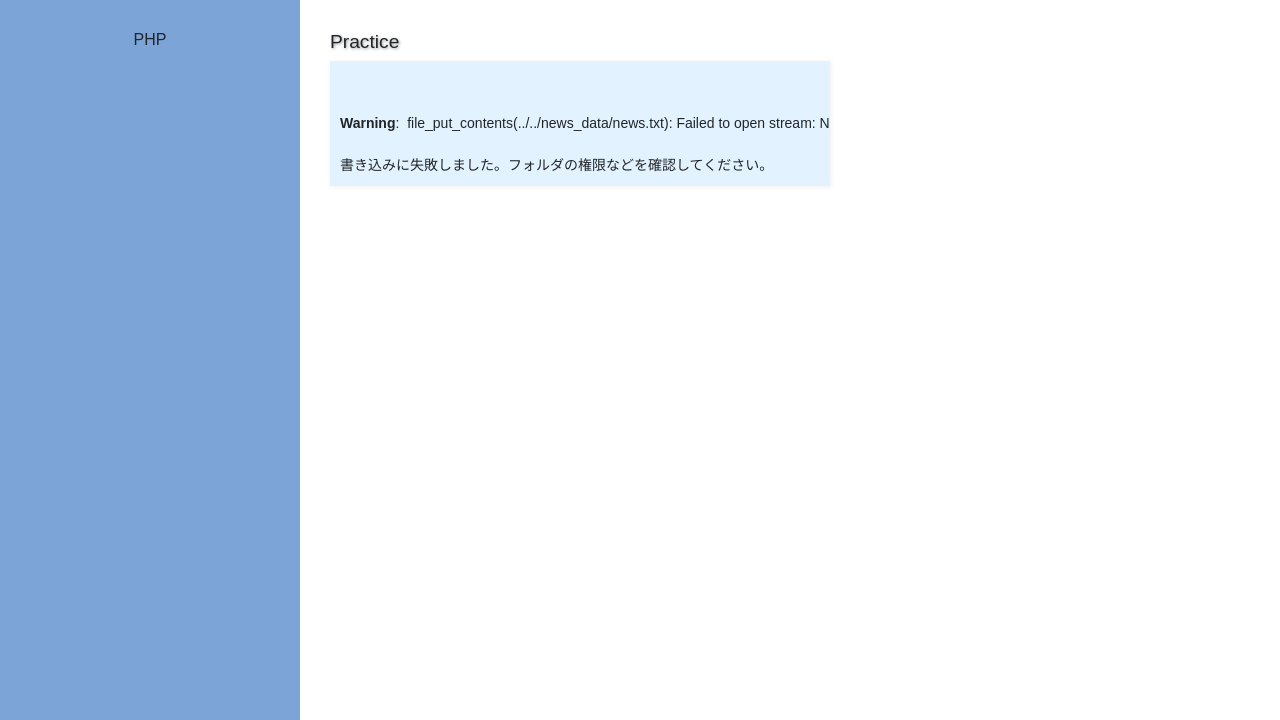
Repository: takeco/practice
Page: http://localhost/php/sample13.php
An editor plug-in stored every save of this project. The page is shown before and after the next save, followed by the edit.
The browser window is 1280 px wide. The pictures show the whole page.
The page is run by PHP 8.4 with error messages shown; the project is at /var/www/html/.

Above is the page before, as saved 2020-09-26 09:06:56.

After the next save:
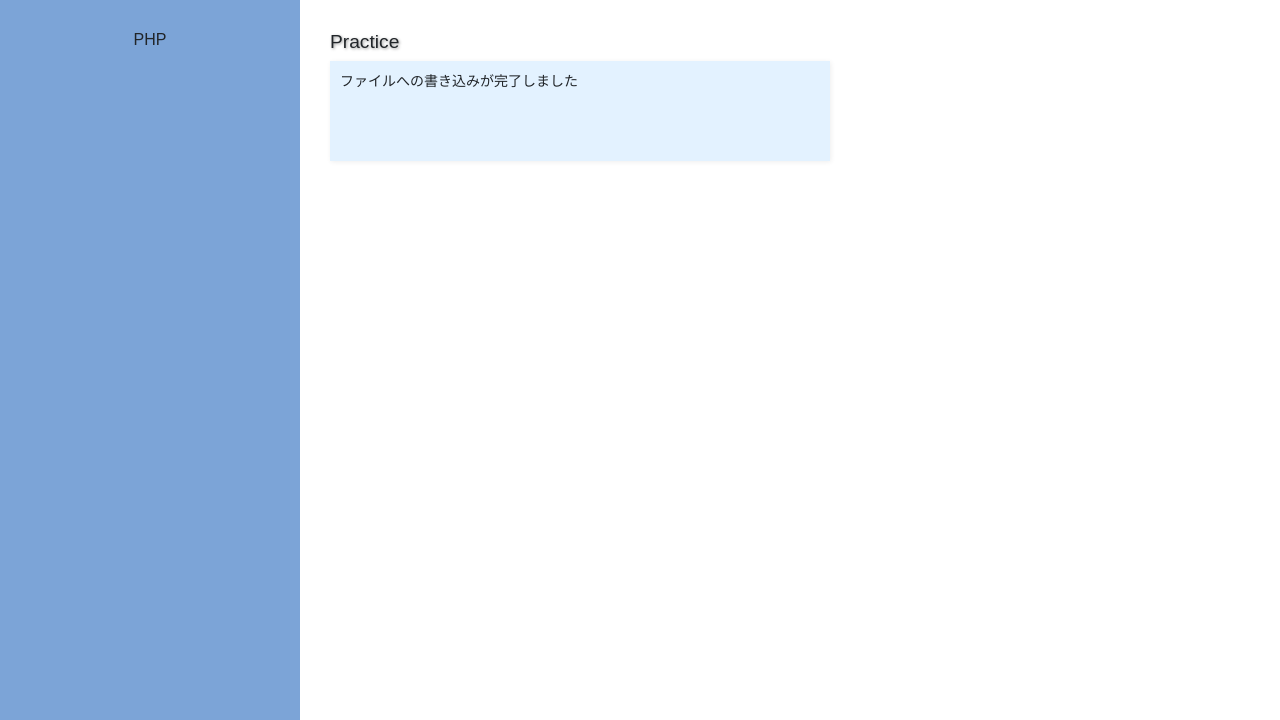
Saved 3 min 44 s later.
--- a/php/sample13.php
+++ b/php/sample13.php
@@ -19,7 +19,7 @@
 <h2>Practice</h2>
 <pre>
 <?php
-$success = file_put_contents('../../news_data/news.txt', '2018-06-01 ホームページをリニューアルしました');
+$success = file_put_contents('../news_data/news.txt', '2018-06-01 ホームページをリニューアルしました');
 if ($success) {
     print('ファイルへの書き込みが完了しました');
 } else {
